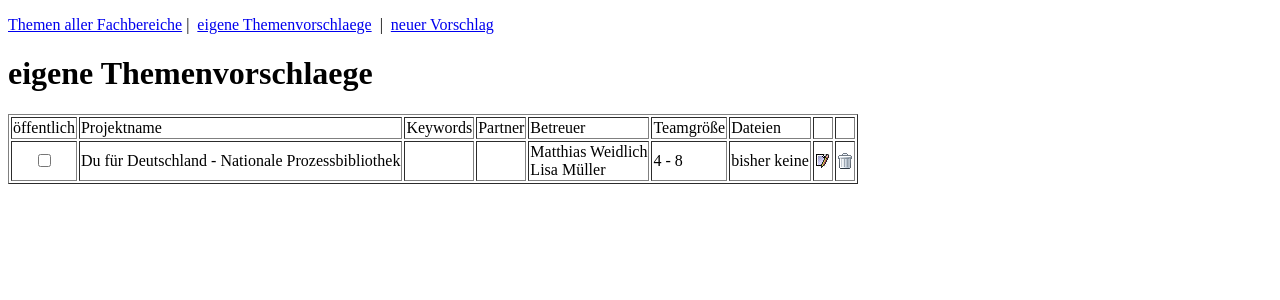
Repository: wfapp2011/wfapp2011
Page: http://localhost/Themenwahl/listOwnDepartment.jsp
These files come from the project's save history. The page is drawn as it stood at one moment and after the next save; the edit follows.
The browser window is 1280 px wide. The pictures show the whole page.
The page is served by Tomcat 9.

Above is the page before, as saved 2011-06-05 21:24:24.

After the next save:
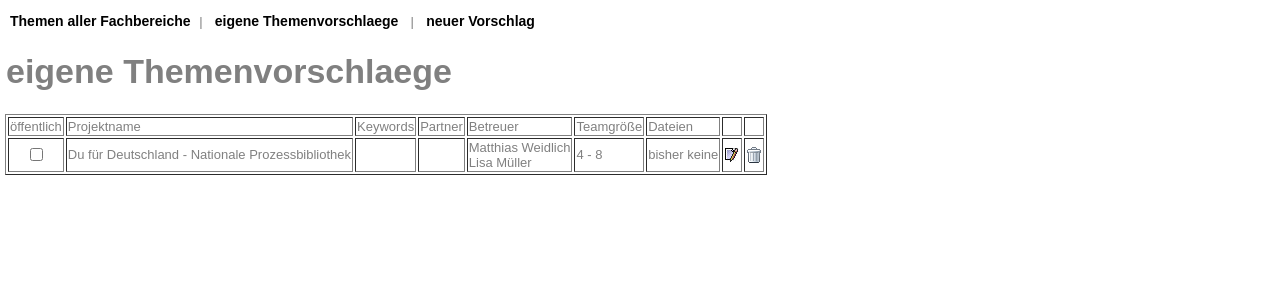
Saved 3 s later.
--- a/Themenwahl/WebContent/listOwnDepartment.jsp
+++ b/Themenwahl/WebContent/listOwnDepartment.jsp
@@ -8,6 +8,7 @@
 <html>
 <head>
 <meta http-equiv="Content-Type" content="text/html; charset=ISO-8859-1">
+<link rel="stylesheet" type="text/css" href="wfapp.css" />
 <title>Project proposals (own department)</title>
 </head>
 
